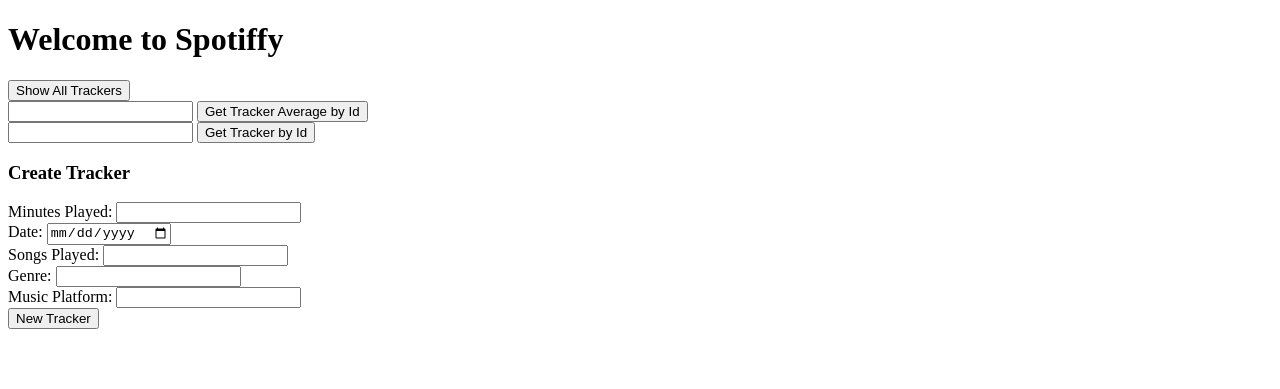
Repository: wcylou/EventTrackerProject
Page: SpotifyREST/src/main/webapp/index.html
The author's editor kept a copy of each file at every save. The page is drawn from the files as they stood at one save, then again after the next save.
The browser window is 1280 px wide. The pictures show the whole page.

Above is the page before, as saved 2018-07-19 17:37:15.

### SpotifyREST/src/main/webapp/index.html
<!DOCTYPE html>
<html lang="en" dir="ltr">
  <head>
    <meta charset="utf-8">
    <title></title>
  </head>
  <body>
  <h1>Welcome to Spotiffy</h1>

  <button id ="showAllTrackers">Show All Trackers</button>

  <form name="inputFormAverage">
    <input type="number" name="displayAverageTracker">
    <button name="lookup">Get Tracker Average by Id</button>
  </form>

  <form name="inputForm">
    <input type="number" name="trackerId">
    <button name="lookup">Get Tracker by Id</button>
  </form>

  <h3>Create Tracker</h3>
  <form name="createTrackerForm" id="createTrackerForm">
    Minutes Played: <input type="number" name="minutesPlayed"><br>
    Date: <input type="date" name="date"><br>
    Songs Played: <input type="number" name="songsPlayed"><br>
    Genre: <input type="text" name="genre"><br>
    Music Platform: <input type="text" name="musicPlatform"><br>
    <button name="create">New Tracker</button>
  </form>



  <div id="output">
    <div id="trackerData"></div>
    <div id="trackerAverageData"></div>
    <div id="actorData"></div>
  </div>

   <div id="detail">
    <p id="minutesPlayed"></p>
    <p id="date"></p>
    <p id="songsPlayed"></p>
    <p id="genre"></p>
    <p id="musicPlatform"></p>
  </div>


    <script src="js/script.js" charset="utf-8"></script>
  </body>
</html>

### SpotifyREST/src/main/webapp/js/script.js
window.addEventListener('load', function(e) {
  console.log('document loaded');
  init();
});

function init() {
  document.inputForm.lookup.addEventListener('click', function(event) {
    event.preventDefault();
    var trackerId = document.inputForm.trackerId.value;
    if (!isNaN(trackerId) && trackerId > 0) {
      getTracker(trackerId);
    }
  })
    document.inputFormAverage.lookup.addEventListener('click', function(event) {
    event.preventDefault();
    var trackerIdAverage = document.inputFormAverage.displayAverageTracker.value;
    if (!isNaN(trackerIdAverage) && trackerIdAverage > 0) {
      getAverageCost(trackerIdAverage);
    }
  })
  document.createTrackerForm.create.addEventListener('click', function(event) {
	  event.preventDefault();
	  createTracker();
  })
  var btn = document.getElementById('showAllTrackers');
   btn.addEventListener('click', function(event) {
	  event.preventDefault();
	  getAllTrackers();
  })
}

function getAllTrackers() {
	var xhr = new XMLHttpRequest();

	xhr.open('GET', "api/trackers/", true);

	xhr.onreadystatechange = function() {
		if (xhr.readyState === 4 && xhr.status < 400) {
			var trackers = JSON.parse(xhr.responseText);
			displayAllTrackers(trackers);
			console.log(trackers);
		}

		if (xhr.readyState === 4 && xhr.status >= 400) {
			console.log("test");
			trackerData.textContent = "Tracker not found";
		}
	};
	xhr.send(null);
}

function getAverageCost(trackerIdAverage) {
	var xhr = new XMLHttpRequest();

	var averageTracker = document.getElementById("trackerAverageData");
	var link = "api/trackers/average/" + trackerIdAverage;
	xhr.open('GET', link, true);

	xhr.onreadystatechange = function() {
		if (xhr.readyState === 4 && xhr.status < 400) {
			var averageText = xhr.responseText;
			displayAverageTracker(averageText);
		}

		if (xhr.readyState === 4 && xhr.status >= 400) {
			trackerData.textContent = "Tracker not found";
		}
	};
	xhr.send(null);
}

function displayAverageTracker(text) {
	  var dataDivAverage = document.getElementById('trackerAverageData');
	  var li = document.createElement('li');
	  li.textContent = text;
	  dataDivAverage.appendChild(li);
	}

function getTracker(trackerId) {
	var xhr = new XMLHttpRequest();

	var filmData = document.getElementById("trackerId");
	var link = "api/trackers/" + trackerId;
	xhr.open('GET', link, true);

	xhr.onreadystatechange = function() {
		if (xhr.readyState === 4 && xhr.status < 400) {
			var tracker = JSON.parse(xhr.responseText);
			displayTracker(tracker);
			console.log(tracker);
		}

		if (xhr.readyState === 4 && xhr.status >= 400) {
			console.log("test");
			trackerData.textContent = "Tracker not found";
		}
	};
	xhr.send(null);
}

function displayTracker(tracker) {
  var dataDiv = document.getElementById('trackerData');
  dataDiv.textContent = '';

  var header = document.createElement('h1');
  header.textContent = tracker.id;
  var body = document.createElement('blockquote');
  var ul = document.createElement('ul');
  var li = document.createElement('li');
  var li2 = document.createElement('li');
  var li3 = document.createElement('li');
  var li4 = document.createElement('li');
  var li5 = document.createElement('li');
  li.textContent = tracker.minutesPlayed;
  li2.textContent = tracker.date;
  li3.textContent = tracker.songsPlayed;
  li4.textContent = tracker.genre;
  li5.textContent = tracker.musicPlatform;
  ul.appendChild(li);
  ul.appendChild(li2);
  ul.appendChild(li3);
  ul.appendChild(li4);
  ul.appendChild(li5);
  dataDiv.appendChild(header);
  dataDiv.appendChild(body);
  dataDiv.appendChild(ul);
}

function displayAllTrackers(trackers) {
	var divAllTrackers = document.getElementById('trackerData');
	divAllTrackers.innerHTML = '';
	var table = document.createElement('table');
	var tableHead = document.createElement('thead');
	var tableRow = document.createElement('tr');
	var tableHead2 = document.createElement('th');
	var tableHead3 = document.createElement('th');
	var tableHead4 = document.createElement('th');
	var tableHead5 = document.createElement('th');
	var tableHead6 = document.createElement('th');
	var tableHead7 = document.createElement('th');
	tableHead7.textContent = 'ID';
	tableHead2.textContent = 'Minutes Played';
	tableHead3.textContent = 'Date';
	tableHead4.textContent = 'Songs Played';
	tableHead5.textContent = 'Genre';
	tableHead6.textContent = 'Music Platform';
	var tableBody = document.createElement('tbody');

	table.appendChild(tableHead);
	tableHead.appendChild(tableRow);
	tableRow.appendChild(tableHead7);
	tableRow.appendChild(tableHead2);
	tableRow.appendChild(tableHead3);
	tableRow.appendChild(tableHead4);
	tableRow.appendChild(tableHead5);
	tableRow.appendChild(tableHead6);
	table.appendChild(tableBody);
	divAllTrackers.appendChild(table);
	document.body.appendChild(divAllTrackers);


	for(let i = 0; i < trackers.length; i++) {
	    var tableRow2 = document.createElement('tr');
	    tableRow2.addEventListener('click', function(e) {

	    	var minutesPlayedRow = document.getElementById('minutesPlayed');
		    minutesPlayedRow.textContent = 'Minutes Played: ' + trackers[i].minutesPlayed;
		    var dateRow = document.getElementById('date');
		    dateRow.textContent = 'Date: ' + trackers[i].date;
		    var songsPlayedRow = document.getElementById('songsPlayed');
		    songsPlayedRow.textContent = 'Songs Played: ' + trackers[i].songsPlayed;
		    var genreRow = document.getElementById('genre');
		    genreRow.textContent = 'Genre: ' + trackers[i].genre;
		    var musicPlatformRow = document.getElementById('musicPlatform');
		    musicPlatformRow.textContent = 'Music Platform: ' + trackers[i].musicPlatform;

		    var formSingle = document.createElement('form');
		    formSingle.id = 'formSingle';
		    var minutesPlayedInput = document.createElement('input');
		    minutesPlayedInput.type = 'number';
		    minutesPlayedInput.id = 'minutesPlayedInput';
		    var dateInput = document.createElement('input');
		    dateInput.type = 'date';
		    dateInput.id = 'dateNew';
		    var songsPlayedInput = document.createElement('input');
		    songsPlayedInput.type = 'number';
		    songsPlayedInput.id = 'songsPlayedNew';
		    var genreInput = document.createElement('input');
		    genreInput.type = 'text';
		    genreInput.id = 'genreNew';
		    var musicPlatformInput = document.createElement('input');
		    musicPlatformInput.type = 'text';
		    musicPlatformInput.id = 'musicPlatformNew';

		    minutesPlayedRow.appendChild(minutesPlayedInput);
		    dateRow.appendChild(dateInput);
		    songsPlayedRow.appendChild(songsPlayedInput);
		    genreRow.appendChild(genreInput);
		    musicPlatformRow.appendChild(musicPlatformInput);
		    document.body.appendChild(formSingle);

		    var updatebtn = document.createElement('button');
		    updatebtn.textContent = 'Update';
		    musicPlatformRow.appendChild(updatebtn);
		    updatebtn.addEventListener('click', function(e) {
		    	trackers[i].minutesPlayed = document.getElementById('minutesPlayedInput').value;
		    	trackers[i].date = document.getElementById('dateNew').value;
		    	trackers[i].songsPlayed = document.getElementById('songsPlayedNew').value;
		    	trackers[i].genre = document.getElementById('genreNew').value;
		    	trackers[i].musicPlatform = document.getElementById('musicPlatformNew').value;

		    	var xhr = new XMLHttpRequest();
		    	var link = "api/trackers/" + trackers[i].id;
		    	console.log(trackers[i]);
		    	xhr.open("PATCH", link, true);
		    	xhr.setRequestHeader("Content-Type", "application/json");
		    	xhr.onreadystatechange = function() {
		    		if (xhr.readyState === 4 && xhr.status < 400) {
		    			var tracker = JSON.parse(xhr.responseText);
		    		}
		    		if (xhr.readyState === 4 && xhr.status >= 400) {
		    			actorData.textContent = "tracker not created";
		    		}
		    	};
		    	xhr.send(JSON.stringify(trackers[i]));
		    })

		    var deletebtn = document.createElement('button');
		    deletebtn.textContent = 'Delete';
		    musicPlatformRow.appendChild(deletebtn);

		    deletebtn.addEventListener('click', function(e) {
		    	var xhr = new XMLHttpRequest();
		    	var link = "api/trackers/" + trackers[i].id;
		    	xhr.open("DELETE", link, true);
		    	xhr.setRequestHeader("Content-Type", "application/json");
		    	xhr.onreadystatechange = function() {
		    		if (xhr.readyState === 4 && xhr.status < 400) {
		    			var singleTracker = document.getElementById('detail');
		    	    	singleTracker.innerHTML = '';
		    			getAllTrackers();
		    		}
		    		if (xhr.readyState === 4 && xhr.status >= 400) {
		    			actorData.textContent = "tracker not deleted";
		    		}
		    	};
		    	xhr.send(null);
		    })

	    })
	    var tableData = document.createElement('td');
	    var tableData2 = document.createElement('td');
	    var tableData3 = document.createElement('td');
	    var tableData4 = document.createElement('td');
	    var tableData5 = document.createElement('td');
	    tableData.textContent = trackers[i].minutesPlayed;
	    tableData2.textContent = trackers[i].date;
	    tableData3.textContent = trackers[i].songsPlayed;
	    tableData4.textContent = trackers[i].genre;
	    tableData5.textContent = trackers[i].musicPlatform;
	    tableRow2.appendChild(tableData);
	    tableRow2.appendChild(tableData2);
	    tableRow2.appendChild(tableData3);
	    tableRow2.appendChild(tableData4);
	    tableRow2.appendChild(tableData5);
	    tableBody.appendChild(tableRow2);
	}

	}


function createTracker() {
	var form = document.getElementById('createTrackerForm');
	var tracker = {};
	tracker.minutesPlayed = Number(form.minutesPlayed.value);
	tracker.date = form.date.value;
	tracker.songsPlayed = Number(form.songsPlayed.value);
	tracker.genre = form.genre.value;
	tracker.musicPlatform = form.musicPlatform.value;
	console.log(tracker);
	var xhr = new XMLHttpRequest();
	xhr.open("POST", "api/trackers", true);
	xhr.setRequestHeader("Content-Type", "application/json");
	xhr.onreadystatechange = function() {
		if (xhr.readyState === 4 && xhr.status < 400) {
			var tracker = JSON.parse(xhr.responseText);
			displayTracker(tracker);
		}

		if (xhr.readyState === 4 && xhr.status >= 400) {
			actorData.textContent = "Tracker not created";
		}
	};
	xhr.send(JSON.stringify(tracker));
}

After the next save:
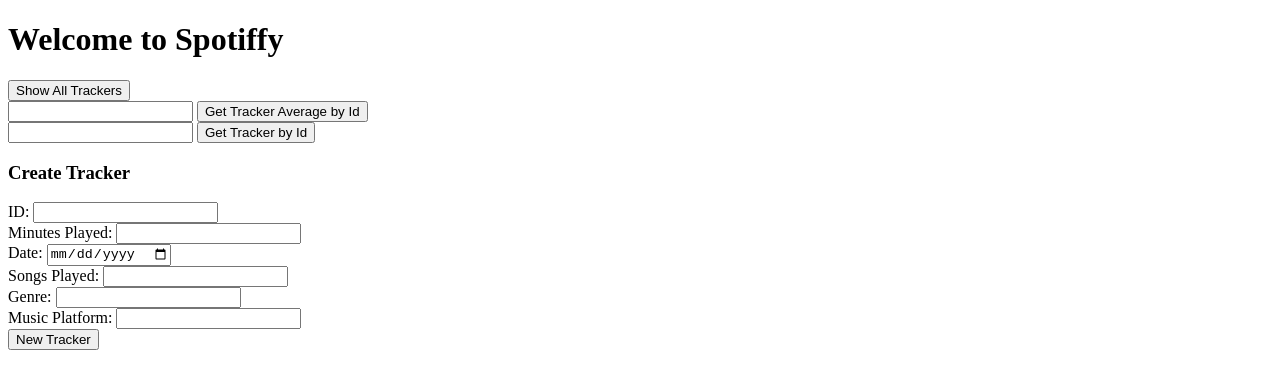
Saved 39 s later.
--- a/SpotifyREST/src/main/webapp/index.html
+++ b/SpotifyREST/src/main/webapp/index.html
@@ -21,6 +21,7 @@
 
   <h3>Create Tracker</h3>
   <form name="createTrackerForm" id="createTrackerForm">
+    ID: <input type="number" name="trackerid"><br>
     Minutes Played: <input type="number" name="minutesPlayed"><br>
     Date: <input type="date" name="date"><br>
     Songs Played: <input type="number" name="songsPlayed"><br>

After the save that followed:
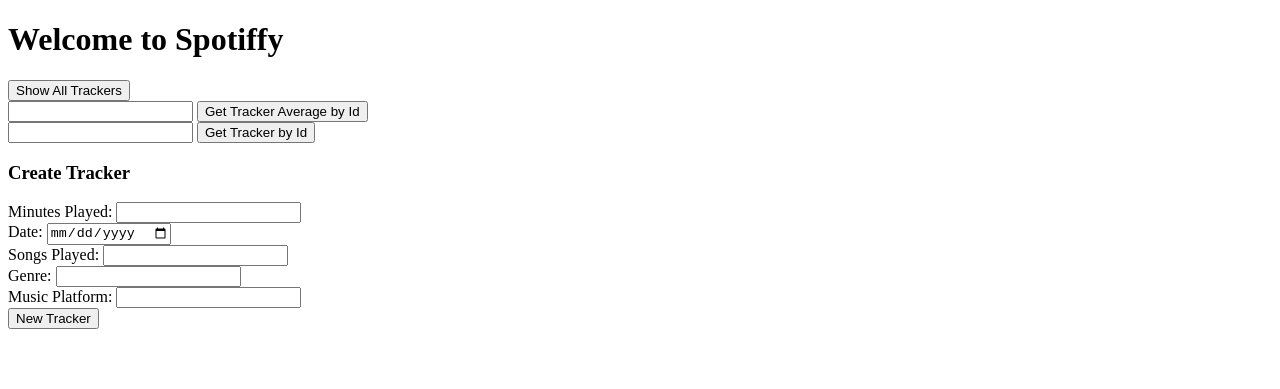
Saved 6 s later.
--- a/SpotifyREST/src/main/webapp/index.html
+++ b/SpotifyREST/src/main/webapp/index.html
@@ -21,7 +21,6 @@
 
   <h3>Create Tracker</h3>
   <form name="createTrackerForm" id="createTrackerForm">
-    ID: <input type="number" name="trackerid"><br>
     Minutes Played: <input type="number" name="minutesPlayed"><br>
     Date: <input type="date" name="date"><br>
     Songs Played: <input type="number" name="songsPlayed"><br>
